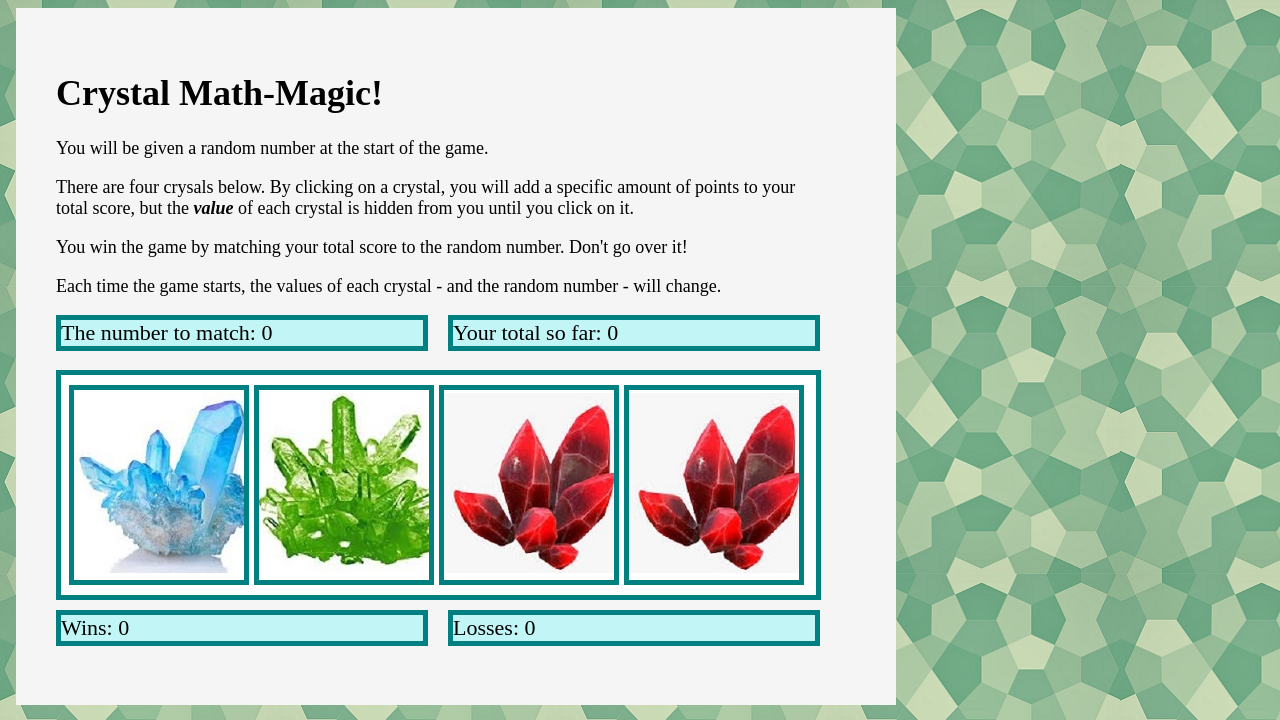
Repository: dsaftler/unit-4-game
Page: index.html
An editor plug-in stored every save of this project. The page is shown before and after the next save, followed by the edit.
The browser window is 1280 px wide. The pictures show the whole page.
Some web fonts or font styles are not loaded; a fallback is used.

Above is the page before, as saved 2019-04-01 22:46:36.

After the next save:
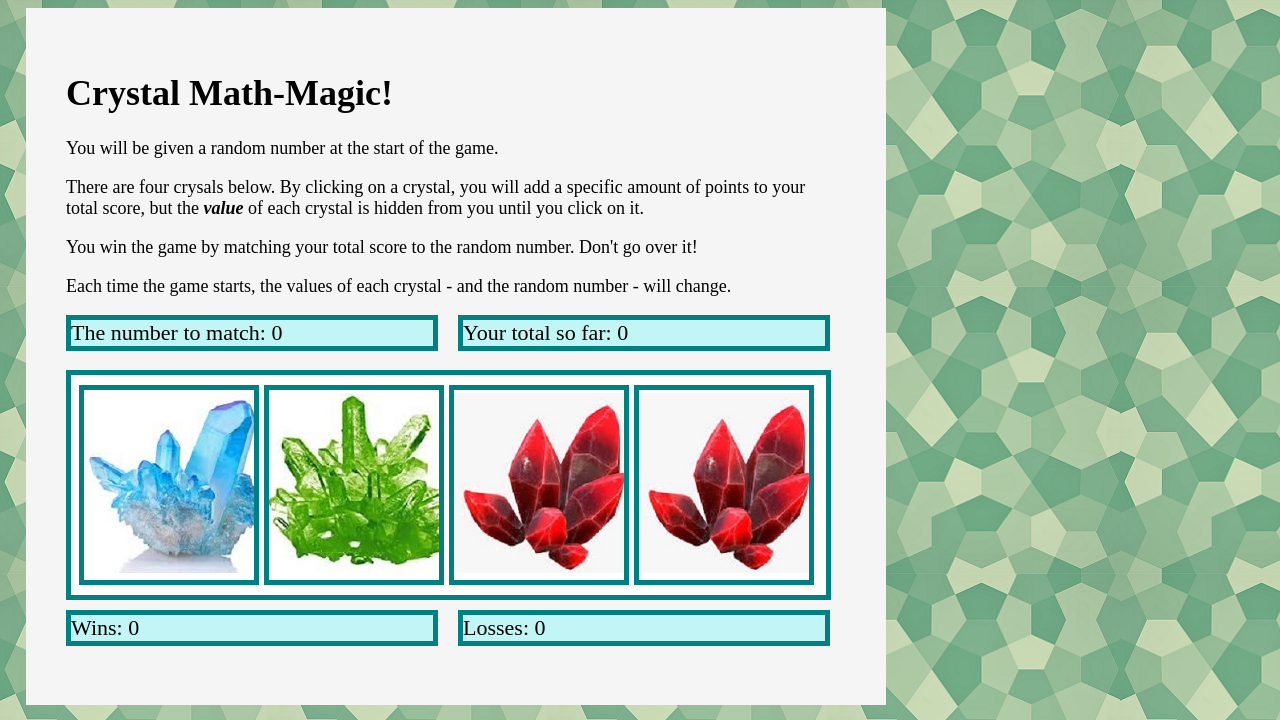
Saved 28 s later.
--- a/assets/css/style.css
+++ b/assets/css/style.css
@@ -10,7 +10,7 @@ font-size: 18px;
 }
 .container{
   background-color: whitesmoke;
-  width: 880px;
+  width: 860px;
   padding: 40px;
   margin: auto;
 
